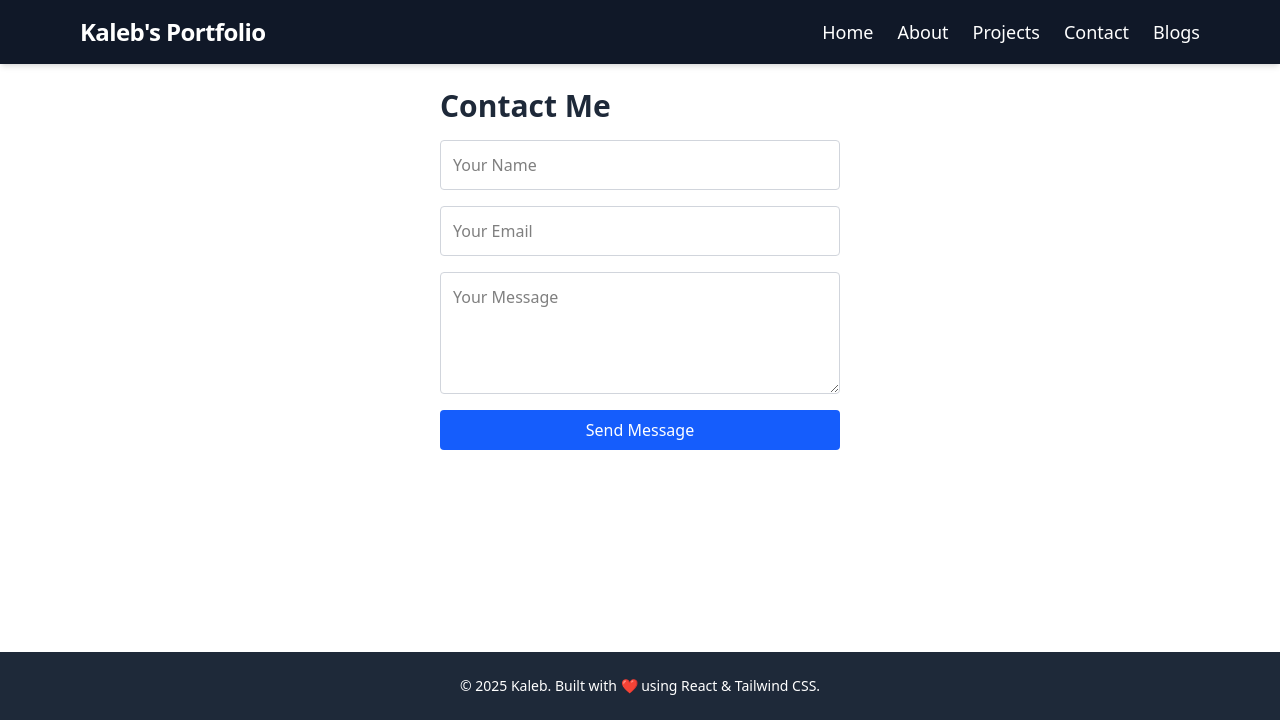
Repository: KalebMalone/portfolio-site
Page: /contact
An editor plug-in stored every save of this project. The page is shown before and after the next save, followed by the edit.
The browser window is 1280 px wide. The pictures show the whole page.
The project was rebuilt for these pictures with package versions that can differ from the ones it lists, and the page was loaded fresh each time. Also part of the build but not shown: vite.config.js, src/pages/Home.jsx, src/pages/About.jsx, src/pages/Projects.jsx, src/pages/Blogs.jsx.

Above is the page before, as saved 2025-04-23 17:23:41.

After the next save:
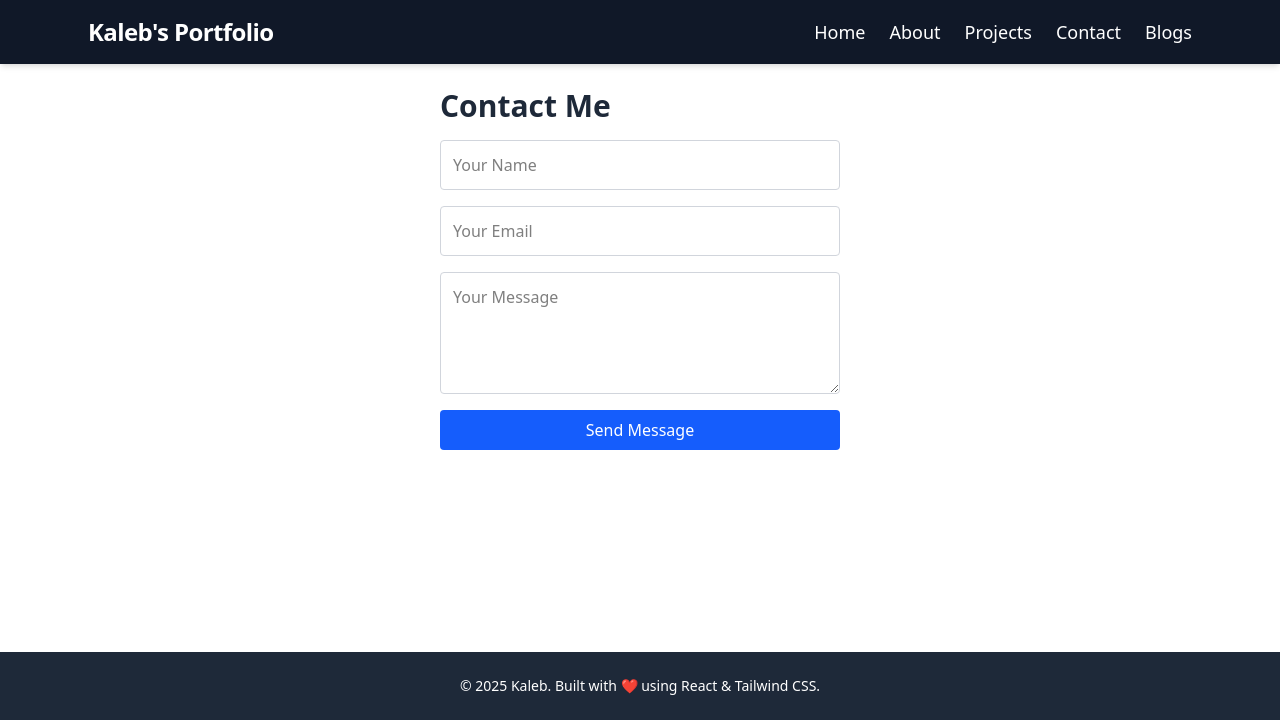
Saved 25 s later.
--- a/src/components/Header.jsx
+++ b/src/components/Header.jsx
@@ -3,11 +3,11 @@ import { Link } from 'react-router-dom';
 const Header = () => {
     return (
         <header className="bg-gray-900 text-white shadow-md py-4">
-            <nav className="max-w-6xl mx-auto flex justify-between items-center px-4">
-                {/* Logo/Brand Name */}
+            <nav className="max-w-6xl mx-auto flex justify-between items-center px-6">
+                {/* Logo/Brand Name (Left-aligned) */}
                 <h1 className="text-2xl font-bold tracking-tight">Kaleb's Portfolio</h1>
 
-                {/* Navigation Links */}
+                {/* Navigation Links (Right-aligned) */}
                 <ul className="flex space-x-6 text-lg"> {/* Reduced space between items */}
                     {['Home', 'About', 'Projects', 'Contact', 'Blogs'].map((page) => ( // Add Blogs here
                         <li key={page}>
